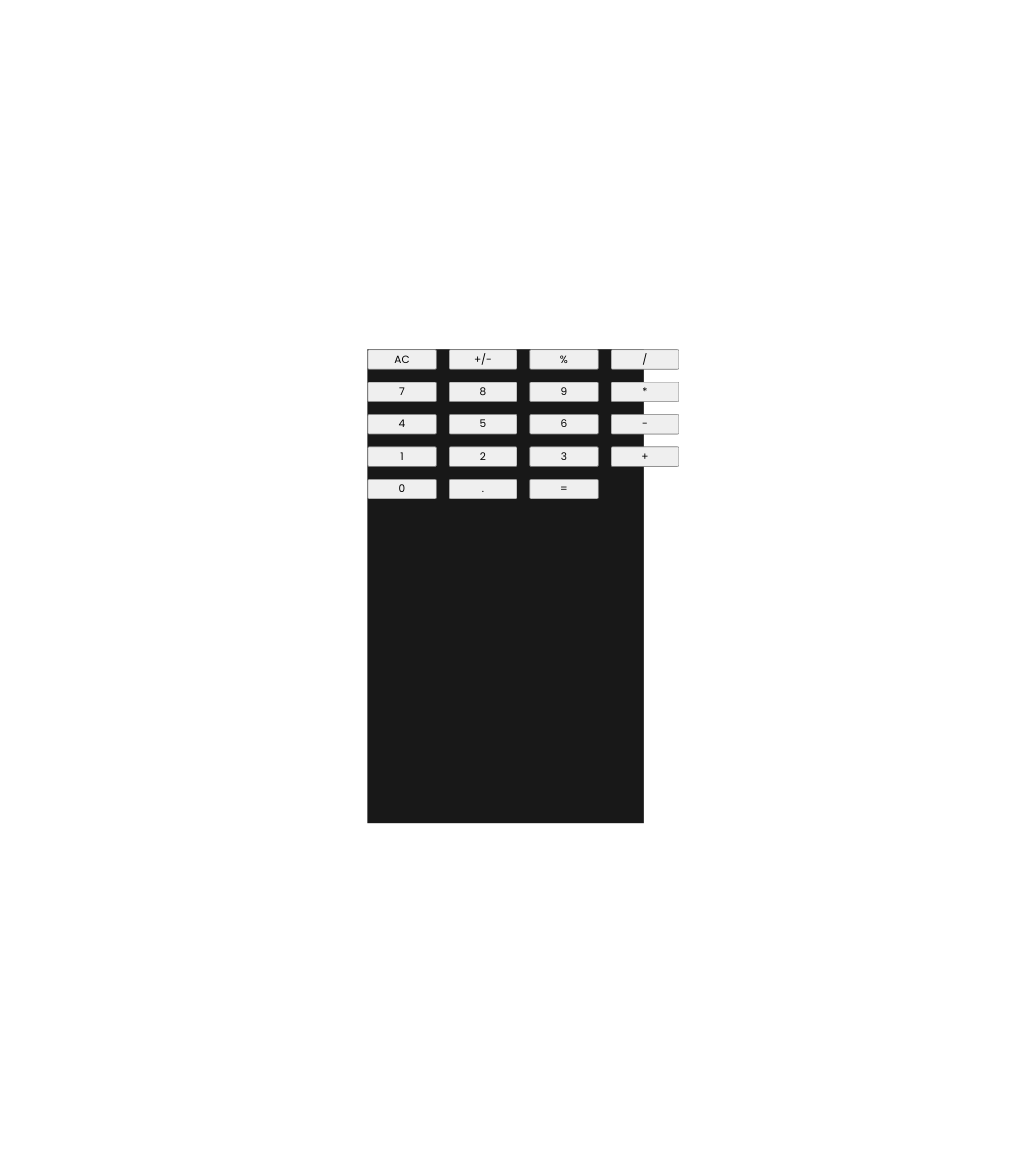
Repository: minhtien9/Calculator
Page: /
An editor plug-in stored every save of this project. The page is shown before and after the next save, followed by the edit.
The browser window is 1280 px wide. The pictures show the whole page, at 79% of full size.
The project was rebuilt for these pictures with package versions that can differ from the ones it lists, and the page was loaded fresh each time. Also part of the build but not shown: src/App.css.

Above is the page before, as saved 2022-07-21 18:29:57.

### src/index.js
import React from "react";
import ReactDOM from "react-dom/client";
import App from "./App";

const root = ReactDOM.createRoot(document.getElementById("root"));
root.render(
    <React.StrictMode>
        <App />
    </React.StrictMode>
);

// If you want to start measuring performance in your app, pass a function
// to log results (for example: reportWebVitals(console.log))
// or send to an analytics endpoint. Learn more: https://bit.ly/CRA-vitals

### src/App.js
import "./App.css";
import Caculator from "./Components/Caculator";

function App() {
    return (
        <div className='App'>
            <Caculator />
        </div>
    );
}

export default App;

### src/Components/Caculator.jsx
import React from "react";
import "./Caculator.scss";

const Caculator = () => {
    return (
        <div className='caculator'>
            <section className='keyboard'>
                <div className='keyboard-row'>
                    <button className='one-block'>AC</button>
                    <button className='one-block'> +/- </button>
                    <button className='one-block'> % </button>
                    <button className='one-block'>/</button>
                </div>

                <div className='keyboard-row'>
                    <button className='one-block'>7</button>
                    <button className='one-block'>8</button>
                    <button className='one-block'>9</button>
                    <button className='one-block'>*</button>
                </div>

                <div className='keyboard-row'>
                    <button className='one-block'>4</button>
                    <button className='one-block'>5</button>
                    <button className='one-block'>6</button>
                    <button className='one-block'>-</button>
                </div>

                <div className='keyboard-row'>
                    <button className='one-block'>1</button>
                    <button className='one-block'>2</button>
                    <button className='one-block'>3</button>
                    <button className='one-block'>+</button>
                </div>

                <div className='keyboard-row'>
                    <button className='one-block'>0</button>
                    <button className='one-block'> .</button>
                    <button className='one-block'> =</button>
                </div>
            </section>
        </div>
    );
};

export default Caculator;

### src/Components/Caculator.scss
@import url("https://fonts.googleapis.com/css2?family=Poppins:ital,wght@0,100;0,200;0,300;0,400;0,500;0,600;0,700;0,800;0,900;1,100;1,200;1,300;1,400;1,500;1,600;1,700;1,800;1,900&display=swap");

* {
    font-family: "Poppins";
}

.caculator {
    width: 350px;
    height: 600px;
    margin: 35% auto;
    background-color: rgb(24, 24, 24);
}

.keyboard {
    display: flex;
    flex-direction: column;
    gap: 15px;
}

.keyboard-row {
    display: flex;
    gap: 15px;
    .one-block {
        width: 25%;
        aspect-ratio: 271;
    }
}

Loaded but not shown: public/index.html (common file)

After the next save:
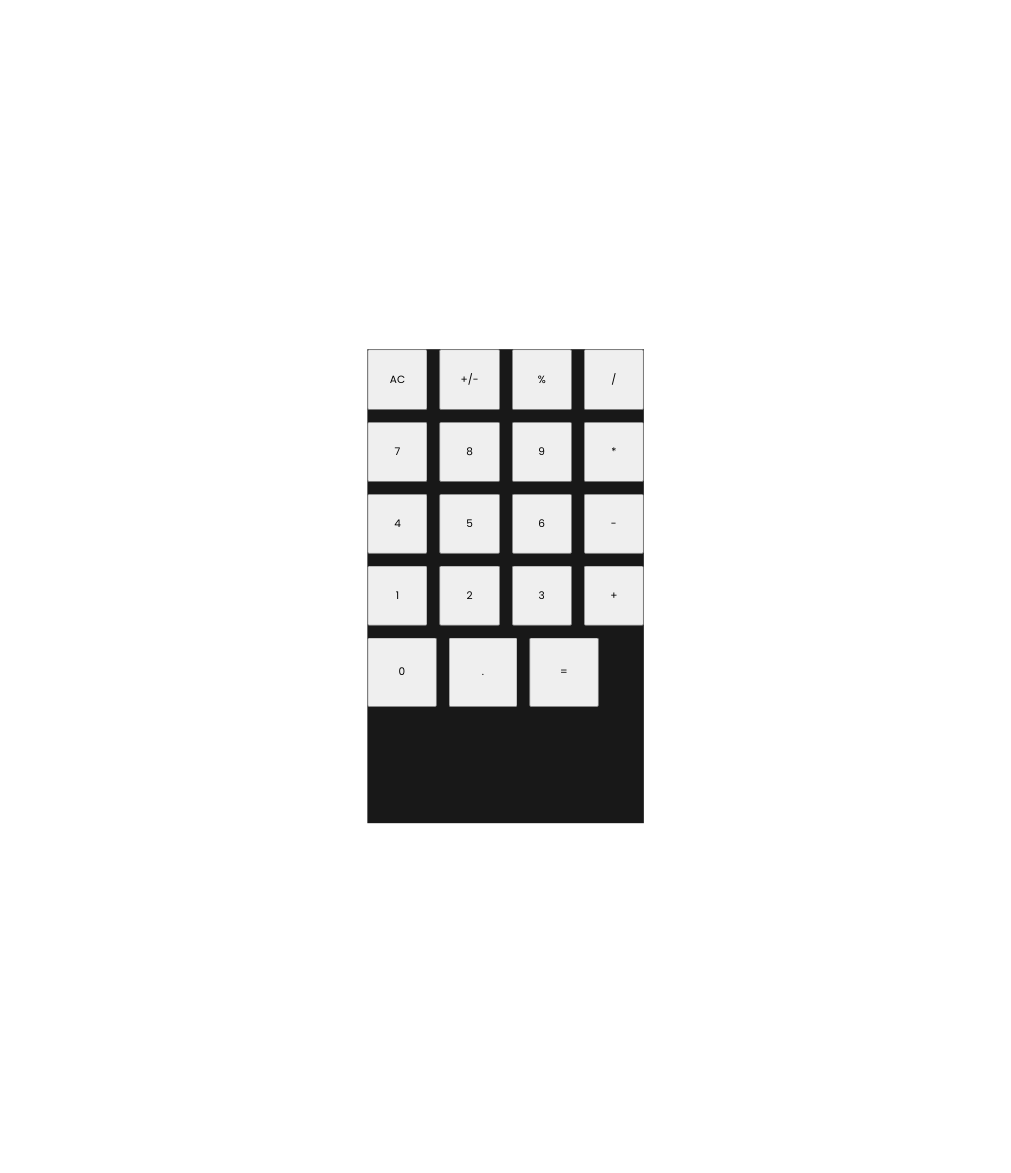
Saved 12 s later.
--- a/src/Components/Caculator.scss
+++ b/src/Components/Caculator.scss
@@ -22,6 +22,6 @@
     gap: 15px;
     .one-block {
         width: 25%;
-        aspect-ratio: 271;
+        aspect-ratio: 1/1;
     }
 }
